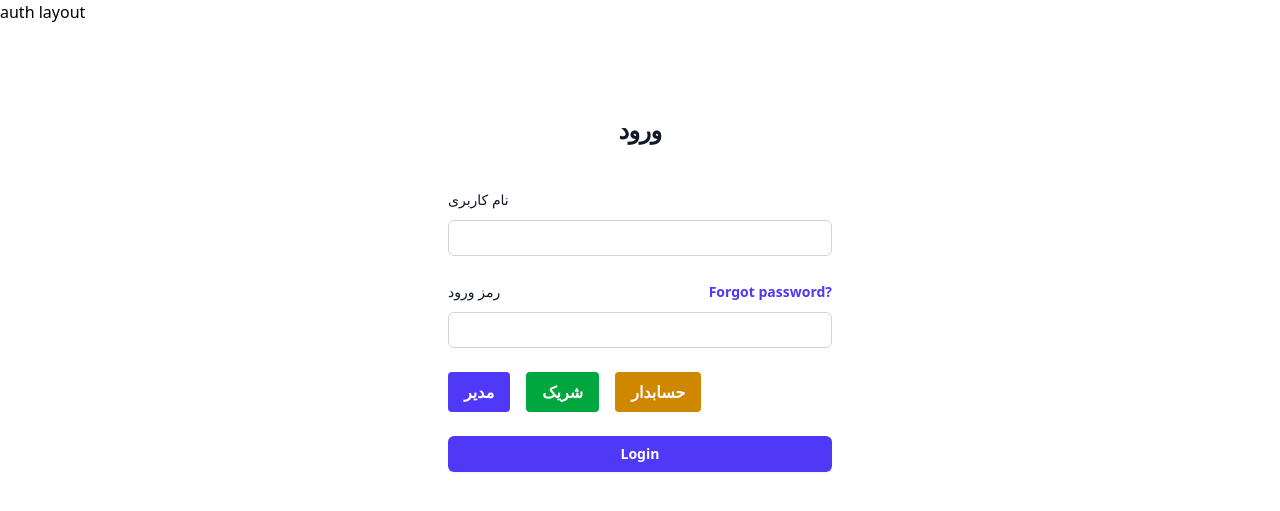
Repository: fuad303/karokhy-frontend
Page: /login
An editor plug-in stored every save of this project. The page is shown before and after the next save, followed by the edit.
The browser window is 1280 px wide. The pictures show the whole page.
The project was rebuilt for these pictures with package versions that can differ from the ones it lists, and the page was loaded fresh each time. Also part of the build but not shown: vite.config.ts, src/layouts/MainLayout.tsx, src/pages/Home.tsx.

Above is the page before, as saved 2025-12-08 12:36:16.

### index.html
<!doctype html>
<html lang="en">
  <head>
    <meta charset="UTF-8" />
    <link rel="icon" type="image/svg+xml" href="/vite.svg" />
    <meta name="viewport" content="width=device-width, initial-scale=1.0" />
    <title>karokhyfront</title>
  </head>
  <body>
    <div id="root"></div>
    <script type="module" src="/src/main.tsx"></script>
  </body>
</html>

### src/main.tsx
import { StrictMode } from "react";
import { createRoot } from "react-dom/client";
import "./index.css";
import { RouterProvider } from "react-router-dom";
import { router } from "./router/router";
import { AppProvider } from "./context/Context";

createRoot(document.getElementById("root")!).render(
  <StrictMode>
    <AppProvider>
      <RouterProvider router={router} />
    </AppProvider>
  </StrictMode>
);

### src/router/router.tsx
import { createBrowserRouter } from "react-router-dom";
import MainLayout from "../layouts/MainLayout";
import Home from "../pages/Home";
import Login from "../pages/Login";
import AuthLayout from "../layouts/AuthLayout";
import { Loader } from "../loader/loader";

export const router = createBrowserRouter([
  {
    element: <MainLayout />,
    children: [
      { path: "/", element: <Home />, loader: Loader.dashboardLoader },
    ],
  },
  {
    element: <AuthLayout />,
    children: [{ path: "/login", element: <Login /> }],
  },
]);

### src/context/Context.tsx
/* eslint-disable react-refresh/only-export-components */

import { createContext, useContext, useState } from "react";

interface AppContextInterface {
  backendErrorPopup: boolean;
  setBackendErrorPopup: React.Dispatch<React.SetStateAction<boolean>>;
}

const AppContext = createContext<AppContextInterface | null>(null);

export const AppProvider = ({ children }: { children: React.ReactNode }) => {
  const [backendErrorPopup, setBackendErrorPopup] = useState(false);

  return (
    <AppContext.Provider value={{ backendErrorPopup, setBackendErrorPopup }}>
      {children}
    </AppContext.Provider>
  );
};

export const useApp = () => {
  const ctx = useContext(AppContext);
  if (!ctx) throw new Error("useApp must be used inside AppProvider");
  return ctx;
};

### src/pages/Login.tsx
import LoginPage from "../components/LoginPage";

const Login = () => {
  return (
    <>
      <LoginPage />
    </>
  );
};

export default Login;

### src/layouts/AuthLayout.tsx
import { Outlet } from "react-router-dom";

const AuthLayout = () => {
  return (
    <div>
      auth layout
      <main>
        <Outlet />
      </main>
    </div>
  );
};

export default AuthLayout;

### src/loader/loader.ts
export class Loader {
  static async dashboardLoader() {
    return {
      status: 200,
      message: "Hello from loader",
    };
  }
}

### src/components/LoginPage.tsx
import React from "react";

function LoginPage() {
  return (
    <div>
      <div className="flex min-h-full flex-col justify-center px-6 py-12 lg:px-8">
        <div className="sm:mx-auto sm:w-full sm:max-w-sm">
          <h2 className="mt-10 text-center text-2xl/9 font-bold tracking-tight text-gray-900 white:text-black">
            ورود
          </h2>
        </div>

        <div className="mt-10 sm:mx-auto sm:w-full sm:max-w-sm">
          <form action="#" method="POST" className="space-y-6">
            <div>
              <label
                for="username"
                class="block text-sm/6 font-medium text-gray-900 dark:text-gray-100"
              >
                نام کاربری
              </label>
              <div className="mt-2">
                <input
                  id="email"
                  type="email"
                  name="email"
                  required
                  autocomplete="email"
                  class="block w-full rounded-md bg-white px-3 py-1.5 text-base text-gray-900 outline-1 -outline-offset-1 outline-gray-300 placeholder:text-gray-400 focus:outline-2 focus:-outline-offset-2 focus:outline-indigo-600 sm:text-sm/6 dark:bg-white/5 dark:text-white dark:outline-white/10 dark:placeholder:text-gray-500 dark:focus:outline-indigo-500"
                />
              </div>
            </div>

            <div>
              <div className="flex items-center justify-between">
                <label
                  for="password"
                  class="block text-sm/6 font-medium text-gray-900 dark:text-gray-100"
                >
                  رمز ورود
                </label>
                <div className="text-sm">
                  <a
                    href="#"
                    className="font-semibold text-indigo-600 hover:text-indigo-500 dark:text-indigo-400 dark:hover:text-indigo-300"
                  >
                    Forgot password?
                  </a>
                </div>
              </div>
              <div className="mt-2">
                <input
                  id="password"
                  type="password"
                  name="password"
                  required
                  autocomplete="current-password"
                  class="block w-full rounded-md bg-white px-3 py-1.5 text-base text-gray-900 outline-1 -outline-offset-1 outline-gray-300 placeholder:text-gray-400 focus:outline-2 focus:-outline-offset-2 focus:outline-indigo-600 sm:text-sm/6 dark:bg-white/5 dark:text-white dark:outline-white/10 dark:placeholder:text-gray-500 dark:focus:outline-indigo-500"
                />
              </div>
            </div>
            <div className="flex gap-4 mt-4">
              <button
                type="button"
                className="px-4 py-2 bg-indigo-600 text-white font-semibold rounded hover:bg-indigo-500 focus:outline-none focus:ring-2 focus:ring-indigo-400"
              >
                مدیر
              </button>

              <button
                type="button"
                className="px-4 py-2 bg-green-600 text-white font-semibold rounded hover:bg-green-500 focus:outline-none focus:ring-2 focus:ring-green-400"
              >
                شریک
              </button>

              <button
                type="button"
                className="px-4 py-2 bg-yellow-600 text-white font-semibold rounded hover:bg-yellow-500 focus:outline-none focus:ring-2 focus:ring-yellow-400"
              >
                حسابدار
              </button>
            </div>

            <div>
              <button
                type="submit"
                className="flex w-full justify-center rounded-md bg-indigo-600 px-3 py-1.5 text-sm/6 font-semibold text-white shadow-xs hover:bg-indigo-500 focus-visible:outline-2 focus-visible:outline-offset-2 focus-visible:outline-indigo-600 dark:bg-indigo-500 dark:shadow-none dark:hover:bg-indigo-400 dark:focus-visible:outline-indigo-500"
              >
                Login
              </button>
            </div>
          </form>
        </div>
      </div>
    </div>
  );
}

export default LoginPage;

Loaded but not shown: src/index.css (common file)

After the next save:
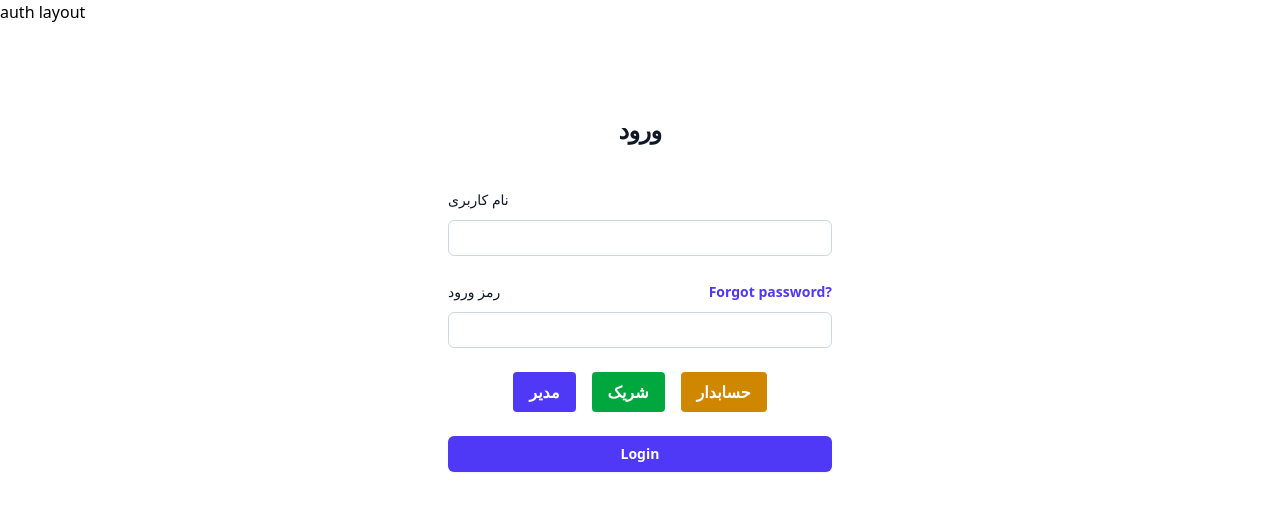
Saved 33 s later.
--- a/src/components/LoginPage.tsx
+++ b/src/components/LoginPage.tsx
@@ -59,7 +59,7 @@ function LoginPage() {
                 />
               </div>
             </div>
-            <div className="flex gap-4 mt-4">
+            <div className="flex gap-4 mt-4 justify-center">
               <button
                 type="button"
                 className="px-4 py-2 bg-indigo-600 text-white font-semibold rounded hover:bg-indigo-500 focus:outline-none focus:ring-2 focus:ring-indigo-400"
